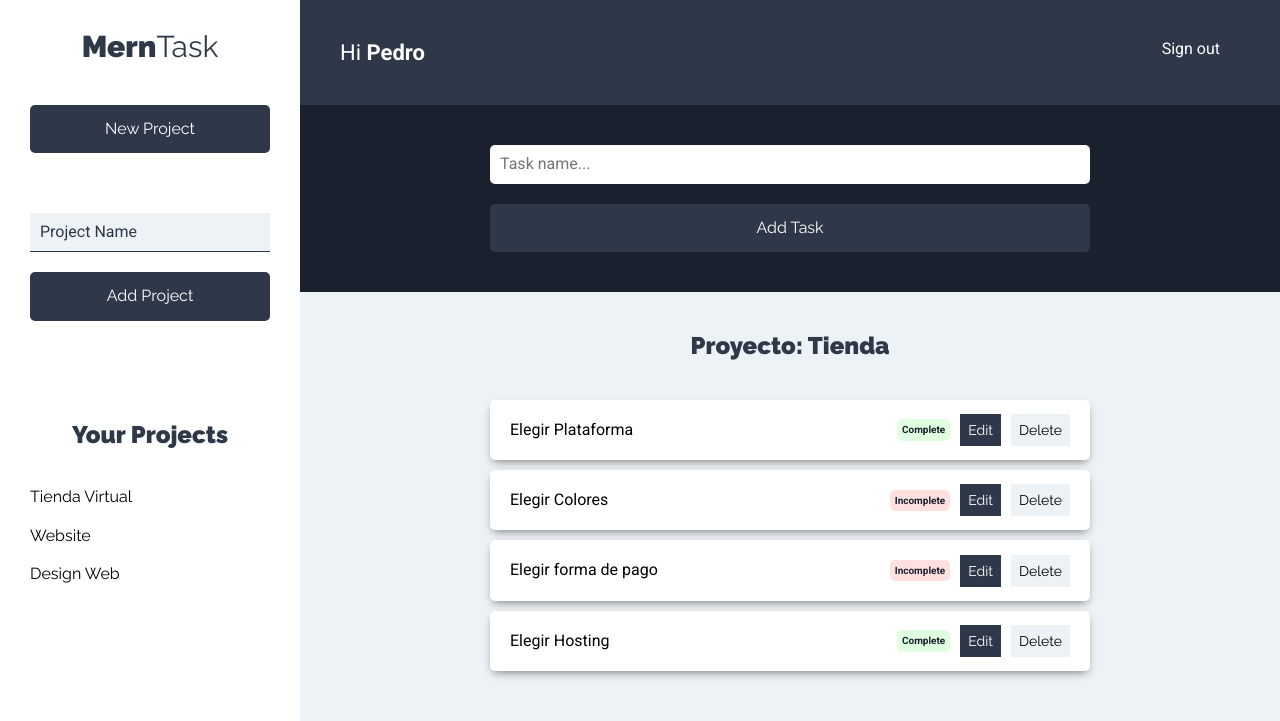
Repository: ppfeliuu/MERN-Task-Client
Page: /projects
The author's editor kept a copy of each file at every save. The page is drawn from the files as they stood at one save, then again after the next save.
The browser window is 1280 px wide. The pictures show the whole page.
The project was rebuilt for these pictures with package versions that can differ from the ones it lists, and the page was loaded fresh each time. Also part of the build but not shown: src/components/auth/Login.js, src/components/auth/NewAccount.js.

Above is the page before, as saved 2020-02-16 12:43:52.

### src/App.js
import React from 'react';
import { BrowserRouter as Router, Switch, Route } from 'react-router-dom';
import Login from './components/auth/Login';
import NewAccount from './components/auth/NewAccount';
import Projects from './components/projects/Projects';

function App() {
  return (
    <Router>
      <Switch>
        <Route exact path="/" component={Login} />
        <Route exact path="/new-account" component={NewAccount} />
        <Route exact path="/projects" component={Projects} />
      </Switch>
    </Router>
  );
}

export default App;

### src/components/projects/Projects.js
import React from "react";
import Sidebar from "../layout/Sidebar";
import Bar from "../layout/Bar";
import FormTask from "../task/FormTask";
import ListTasks from "../task/ListTasks";

const Projects = () => {
  return (
    <div className="contenedor-app">
      <Sidebar />

      <div className="seccion-principal">
        <Bar />
        <main>
          <FormTask />
          <div className="contenedor-tareas">
            <ListTasks />
          </div>
        </main>
      </div>
    </div>
  );
};

export default Projects;

### src/components/layout/Sidebar.js
import React from 'react';
import NewProject from '../projects/NewProject';
import ListProjects from '../projects/ListProjects';

const Sidebar = () => {
    return (
        <aside>
            <h1>Mern<span>Task</span></h1>
            <NewProject />

            <div className="proyectos">
                <h2>Your Projects</h2>

                <ListProjects />
            </div>
        </aside>
    )
}

export default Sidebar

### src/components/layout/Bar.js
import React from 'react'

const Bar = () => {
    return (
        <div>
          <header className="app-header">
              <p className="nombre-usuario">Hi <span>Pedro</span></p>

              <nav className="nav-principal">
                  <a href="#!">Sign out</a>
              </nav>
              </header>
        </div>
    )
}

export default Bar

### src/components/task/FormTask.js
import React from 'react'

const FormTask = () => {
    return (
        <div className="formulario">
            <form>
                <div className="contenedor-input">
                    <input type="text"
                    className="input-text"
                    placeholder="Task name..."
                    name="nameTask"
                    />
                </div>

                <div className="contenedor-input">
                    <input type="submit"
                    className="btn btn-primario btn-submit btn-block"
                    value="Add Task"
                    />
                </div>
            </form>
        </div>
    )
}

export default FormTask

### src/components/task/ListTasks.js
import React from "react";
import Task from "./Task";

const ListTasks = () => {
  const task = [
    {
      name: "Elegir Plataforma",
      estado: true
    },
    {
      name: "Elegir Colores",
      estado: false
    },
    {
      name: "Elegir forma de pago",
      estado: false
    },
    {
      name: "Elegir Hosting",
      estado: true
    }
  ];

  return (
    <>
      <h2>Proyecto: Tienda</h2>

      <ul className="listado-tareas">
        {task.length === 0 ? (
          <li className="tarea">
            <p>No Tasks</p>
          </li>
        ) : (
          task.map(t => <Task task={t} />)
        )}
      </ul>
    </>
  );
};

export default ListTasks;

### src/components/projects/NewProject.js
import React, { Fragment, useState } from 'react'

const NewProject = () => {

    // State for project
    const [project, setProject] = useState({
        name: ''
    });

    const { name } = project;

    const onChangeProject = e => {
        setProject({
            ...project,
            [e.target.name] : e.target.value
        })
    }

    const onSubmitProject = e => {
        e.preventDefault();

        //valid project

        // add state

        //reset form
    }

    return (
        <Fragment>
            <button type="button" className="btn btn-block btn-primario">New Project</button>

            <form className="formulario-nuevo-proyecto">
                <input type="text" className="input-text" placeholder="Project Name" name="name" value={name} onChange={onChangeProject} />
                <input type="submit" className="btn btn-block btn-primario" value="Add Project" onSubmit={onSubmitProject}/>
            </form>
        </Fragment>
    )
}

export default NewProject

### src/components/projects/ListProjects.js
import React from 'react'
import Project from './Project'

const ListProjects = () => {

    const projects = [
        {name: 'Tienda Virtual'},
        {name: 'Website'},
        {name: 'Design Web'},
    ]
    return (
        <ul className="listado-proyectos">
            {projects.map(project => (
                <Project project={project} />
            ))}
        </ul>
    )
}

export default ListProjects

### src/components/task/Task.js
import React from "react";

const Task = ({ task }) => {
  return (
    <li className="tarea sombra">
      <p>{task.name}</p>

      <div className="estado">
        {task.estado ? (
          <button type="button" className="completo">
            Complete
          </button>
        ) : (
            <button type="button" className="incompleto">
            Incomplete
          </button>
        )}
      </div>

      <div className="acciones">
          <button type="button" className="btn btn-primario">Edit</button>
          <button type="button" className="btn btn-secundario">Delete</button>
      </div>
    </li>
  );
};

export default Task;

### src/components/projects/Project.js
import React from 'react'

const Project = ({project}) => {
    return (
        <li>
            <button type="button" className="btn btn-blank">
                {project.name}
            </button>
        </li>
    )
}

export default Project

Loaded but not shown: public/index.html (common file); src/index.js (common file); src/index.css (common file); src/serviceWorker.js (common file)

After the next save:
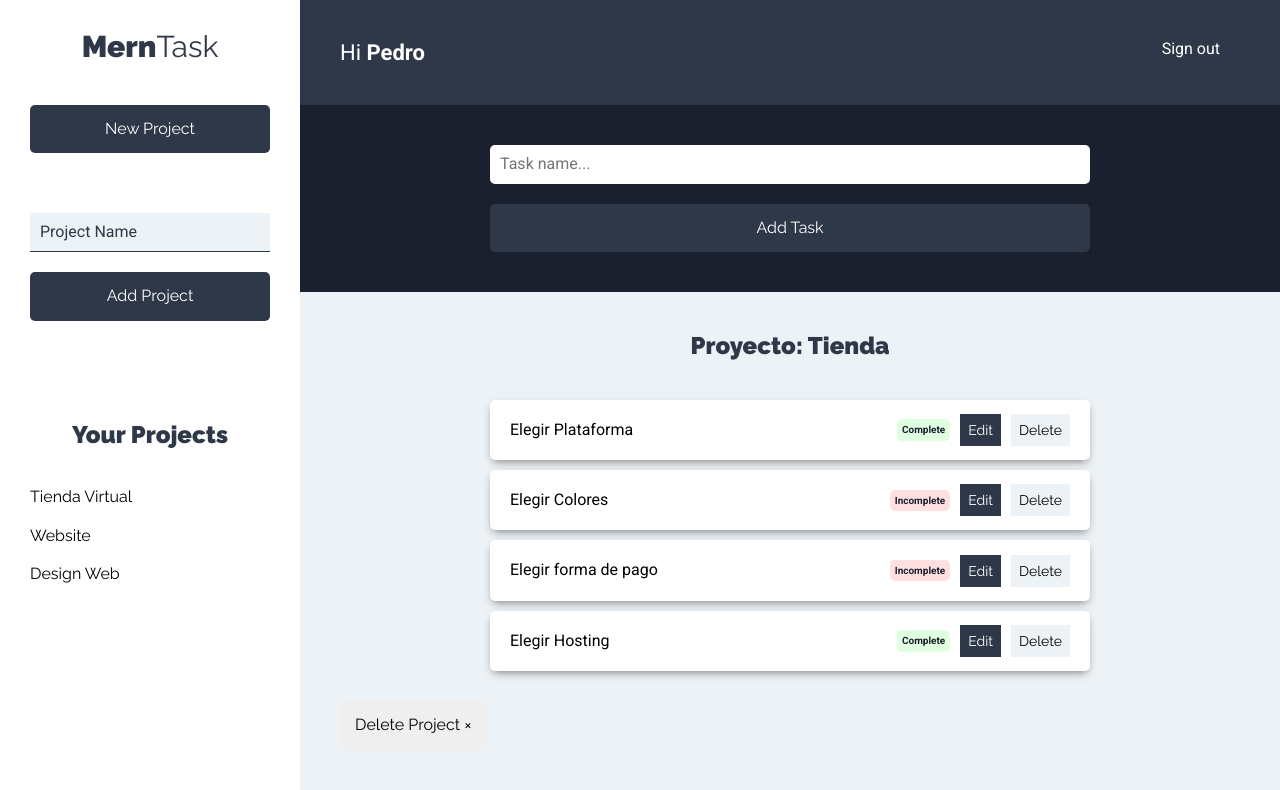
Saved 54 s later.
--- a/src/components/task/ListTasks.js
+++ b/src/components/task/ListTasks.js
@@ -34,6 +34,7 @@ const ListTasks = () => {
           task.map(t => <Task task={t} />)
         )}
       </ul>
+      <button type="button" className="btn btn-eliminar">Delete Project &times;</button>
     </>
   );
 };
